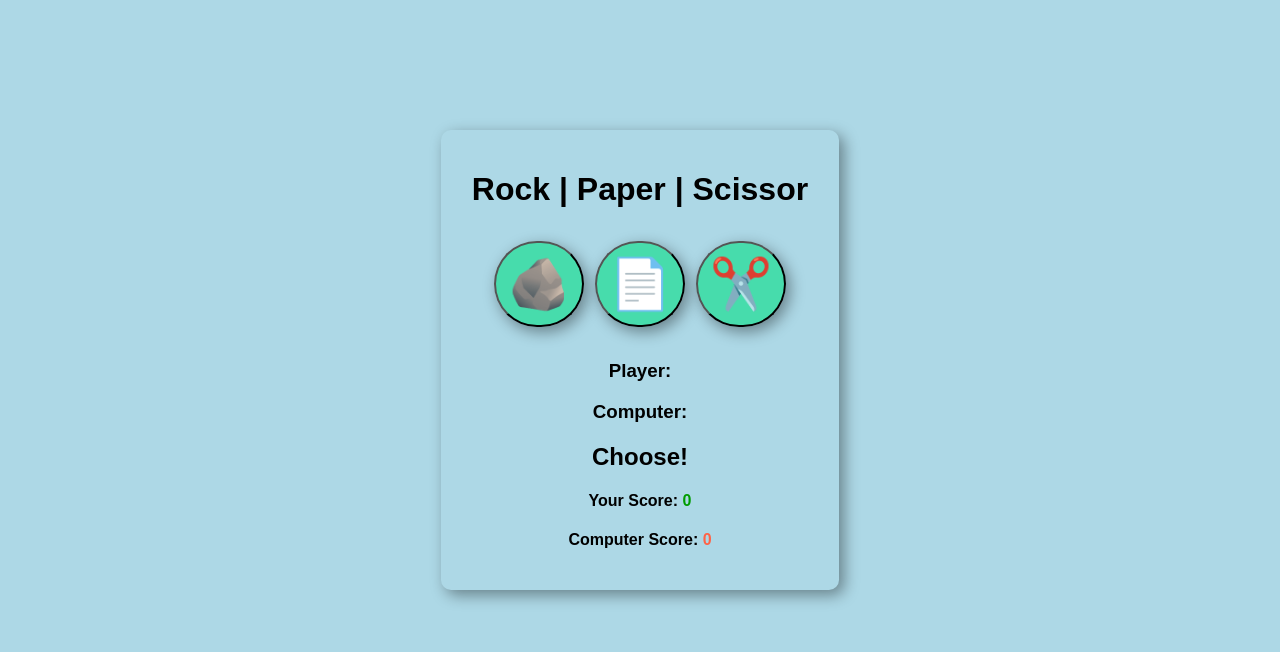
Repository: SakthivelDurai47/Rock-Paper-Sissors
Page: index.html
An editor plug-in stored every save of this project. The page is shown before and after the next save, followed by the edit.
The browser window is 1280 px wide. The pictures show the whole page.

Above is the page before, as saved 2025-04-14 23:22:47.

After the next save:
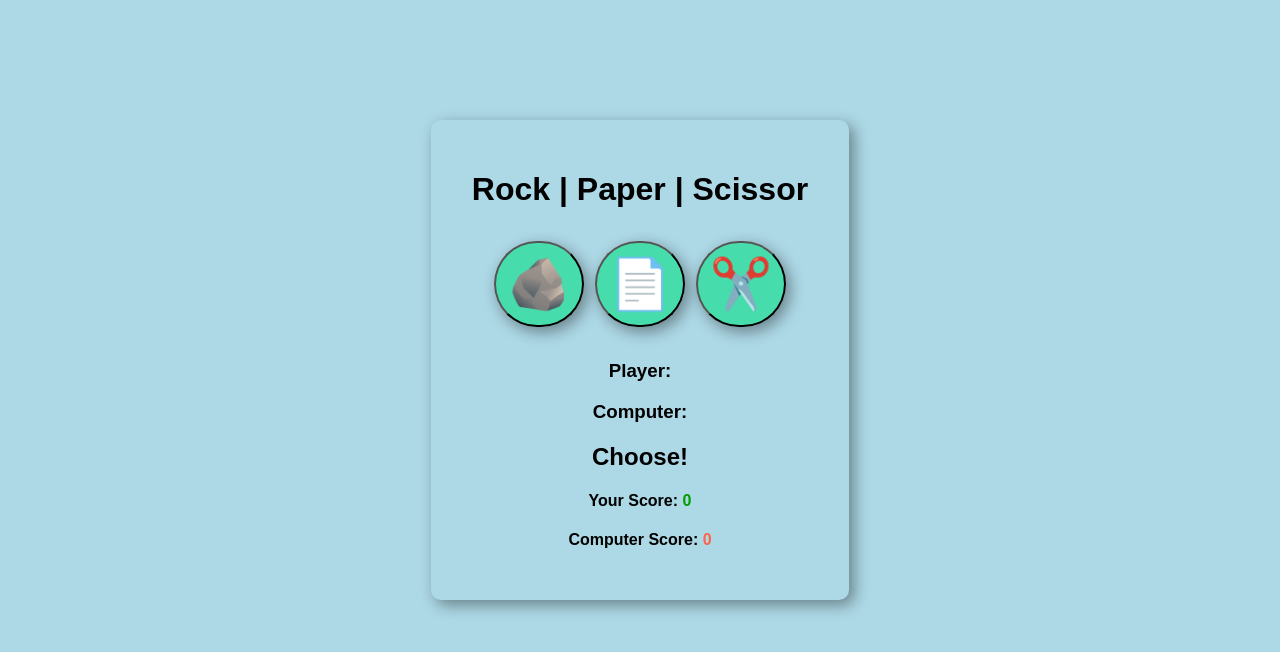
Saved 10 s later.
--- a/styles.css
+++ b/styles.css
@@ -41,7 +41,7 @@
 }
 main {
   margin: auto;
-  padding: 20px;
+  padding: 30px;
   border-radius: 10px;
   box-shadow: 5px 5px 15px rgba(0, 0, 0, 0.4);
 }

After the save that followed:
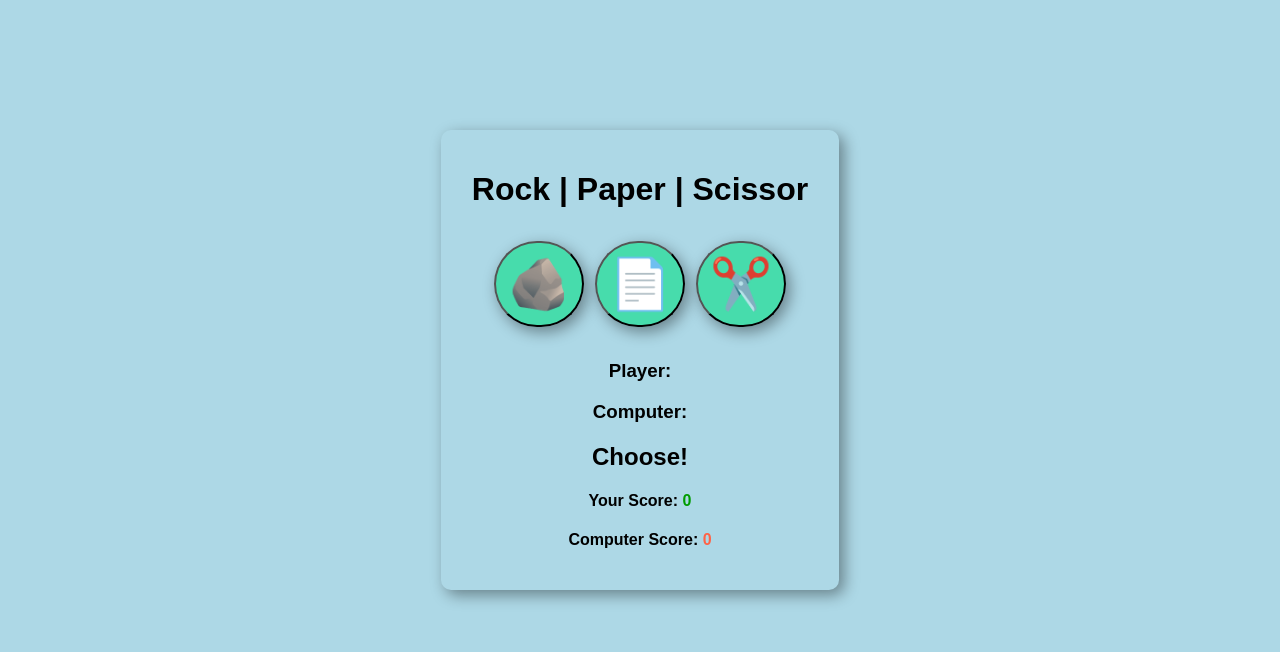
Saved 7 s later.
--- a/styles.css
+++ b/styles.css
@@ -41,7 +41,7 @@
 }
 main {
   margin: auto;
-  padding: 30px;
+  padding: 20px;
   border-radius: 10px;
   box-shadow: 5px 5px 15px rgba(0, 0, 0, 0.4);
 }
